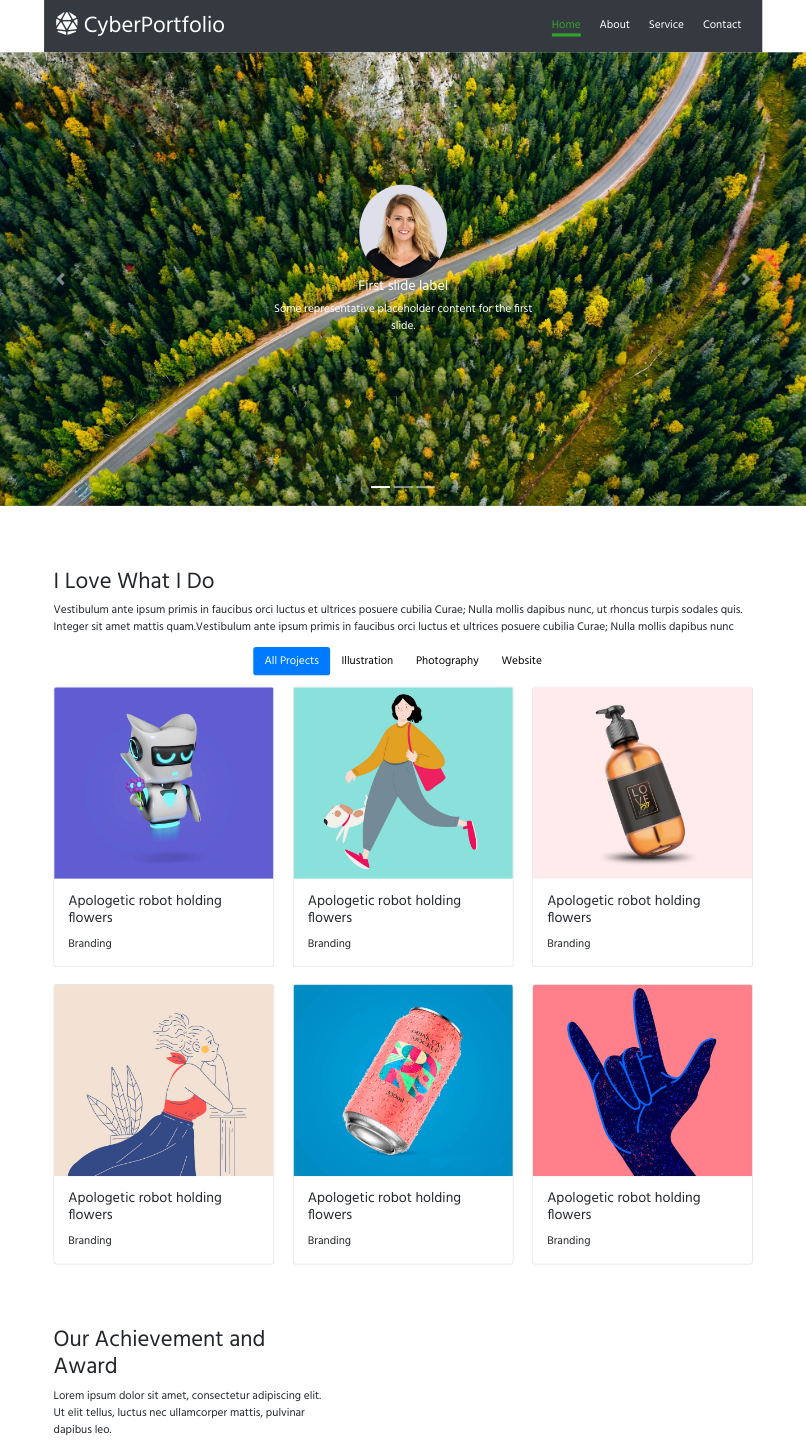
Repository: thanhfrankie/portfolio
Page: index.html
The author's editor kept a copy of each file at every save. The page is drawn from the files as they stood at one save, then again after a run of saves.
The browser window is 1280 px wide. The pictures show the whole page, at 63% of full size.

Above is the page before, as saved 2023-11-30 10:20:27.

### index.html
<!DOCTYPE html>
<html lang="en">
  <head>
    <meta charset="UTF-8" />
    <meta name="viewport" content="width=device-width, initial-scale=1.0" />
    <title>Portfolio</title>
    <!-- Font Hind-->
    <link rel="preconnect" href="https://fonts.googleapis.com" />
    <link rel="preconnect" href="https://fonts.gstatic.com" crossorigin />
    <link
      href="https://fonts.googleapis.com/css2?family=Hind:wght@300;400;700&display=swap"
      rel="stylesheet"
    />
    <!-- Font AWESOME -->
    <link rel="stylesheet" href="https://cdnjs.cloudflare.com/ajax/libs/font-awesome/6.4.2/css/all.min.css" integrity="sha512-z3gLpd7yknf1YoNbCzqRKc4qyor8gaKU1qmn+CShxbuBusANI9QpRohGBreCFkKxLhei6S9CQXFEbbKuqLg0DA==" crossorigin="anonymous" referrerpolicy="no-referrer" />
    <!-- BS4 CSS -->
    <link rel="stylesheet" href="https://cdn.jsdelivr.net/npm/bootstrap@4.6.2/dist/css/bootstrap.min.css" integrity="sha384-xOolHFLEh07PJGoPkLv1IbcEPTNtaed2xpHsD9ESMhqIYd0nLMwNLD69Npy4HI+N" crossorigin="anonymous">

    <!-- Main CSS -->
    <link rel="stylesheet" href="./css/style.css" />
  </head>
  <body>
<header>
    <nav class="container navbar navbar-expand-lg navbar-dark bg-dark">
        <a class="navbar-brand" href="#">
            <i class="fa-solid fa-dice-d20"></i>
           <span>
            CyberPortfolio
           </span>
        </a>
        <!-- hỗ trợ menu màn hình mobile -->
        <button class="navbar-toggler" type="button" data-toggle="collapse" data-target="#portfolioNav" aria-controls="navbarSupportedContent" aria-expanded="false" aria-label="Toggle navigation">
          <span class="navbar-toggler-icon"></span>
        </button>

        <div class="collapse navbar-collapse" id="portfolioNav">
          <ul class="navbar-nav ml-auto">
            <li class="nav-item active">
              <a class="nav-link" href="#">Home</a>
            </li>
            <li class="nav-item">
              <a class="nav-link" href="#">About</a>
            </li>
            <li class="nav-item">
              <a class="nav-link" href="#">Service</a>
            </li>
            <li class="nav-item">
              <a class="nav-link" href="#">Contact</a>
            </li>
          </ul>
        </div>
      </nav>
</header>
<section class="carouselPort">
    <!-- data-ride="carousel -->
    <!-- .carousel-fade: hiệu ứng fade -->
    <div id="carouselPortMain" class="carousel slide .carousel-fade">
        <ol class="carousel-indicators">
          <li data-target="#carouselPortMain" data-slide-to="0" class="active"></li>
          <li data-target="#carouselPortMain" data-slide-to="1"></li>
          <li data-target="#carouselPortMain" data-slide-to="2"></li>
        </ol>
        <div class="carousel-inner">
          <div class="carousel-item active">
            <img src="./img/finland.jpg" class="d-block w-100" alt="...">
            <div class="carousel-caption d-none d-md-block">
                <img src="./img/01-3.jpg" alt="">
              <h5>First slide label</h5>
              <p>Some representative placeholder content for the first slide.</p>
            </div>
          </div>
          <div class="carousel-item">
            <img src="./img/mountains.jpg" class="d-block w-100" alt="...">
            <div class="carousel-caption d-none d-md-block">
                <img src="./img/02-3.jpg" alt="">
              <h5>Second slide label</h5>
              <p>Some representative placeholder content for the second slide.</p>
            </div>
          </div>
          <div class="carousel-item">
            <img src="./img/mountains-1.jpg" class="d-block w-100" alt="...">
            <div class="carousel-caption d-none d-md-block">
                <img src="./img/03-3.jpg" alt="">
              <h5>Third slide label</h5>
              <p>Some representative placeholder content for the third slide.</p>
            </div>
          </div>
        </div>
        <button class="carousel-control-prev" type="button" data-target="#carouselPortMain" data-slide="prev">
          <span class="carousel-control-prev-icon" aria-hidden="true"></span>
          <span class="sr-only">Previous</span>
        </button>
        <button class="carousel-control-next" type="button" data-target="#carouselPortMain" data-slide="next">
          <span class="carousel-control-next-icon" aria-hidden="true"></span>
          <span class="sr-only">Next</span>
        </button>
      </div>
</section>



<section class="projects">
      <div class="container">
        <div class="projects__title">
          <h2>I Love What I Do</h2>
          <p>Vestibulum ante ipsum primis in faucibus orci luctus et ultrices posuere cubilia Curae; Nulla mollis dapibus nunc, ut rhoncus turpis sodales quis. Integer sit amet mattis quam.Vestibulum ante ipsum primis in faucibus orci luctus et ultrices posuere cubilia Curae; Nulla mollis dapibus nunc</p>
        </div>
        <div class="projects__content">
          <ul class="nav nav-pills mb-3 justify-content-center" id="pills-tab" role="tablist">
            <li class="nav-item" role="presentation">
              <button class="nav-link active" id="pills-home-tab" data-toggle="pill" data-target="#all" type="button" role="tab" aria-controls="pills-home" aria-selected="true">All Projects</button>
            </li>
            <li class="nav-item" role="presentation">
              <button class="nav-link" id="pills-profile-tab" data-toggle="pill" data-target="#ilu" type="button" role="tab" aria-controls="pills-profile" aria-selected="false">Illustration</button>
            </li>
            <li class="nav-item" role="presentation">
              <button class="nav-link" id="pills-contact-tab" data-toggle="pill" data-target="#photo" type="button" role="tab" aria-controls="pills-contact" aria-selected="false">Photography</button>
            </li>
            <li class="nav-item" role="presentation">
              <button class="nav-link" id="pills-contact-tab" data-toggle="pill" data-target="#web" type="button" role="tab" aria-controls="pills-contact" aria-selected="false">Website</button>
            </li>
          </ul>
          <div class="tab-content" id="pills-tabContent">
            <div class="tab-pane fade show active" id="all" role="tabpanel" aria-labelledby="pills-home-tab">
             <!--? grid system
              12 =100%
              4= 12 / 3 => 100% / 3 => 33,33%
              tổng chỉ số trên hàng = 12
            -->
             <div class="row">
              <!-- 1 hàng tối đa 100% -->
              <div class="col-4">
                <div class="card">
                  <img src="./img/g1.jpg" class="card-img-top" alt="...">
                  <div class="card-body">
                    <h5 class="card-title">Apologetic robot holding flowers</h5>
                    <p class="card-text">Branding</p>
                  </div>
                </div>
              </div>
              <div class="col-4">
                <div class="card">
                  <img src="./img/g2.jpg" class="card-img-top" alt="...">
                  <div class="card-body">
                    <h5 class="card-title">Apologetic robot holding flowers</h5>
                    <p class="card-text">Branding</p>
                  </div>
                </div>

              </div>
              <div class="col-4">

                <div class="card">
                  <img src="./img/g3.jpg" class="card-img-top" alt="...">
                  <div class="card-body">
                    <h5 class="card-title">Apologetic robot holding flowers</h5>
                    <p class="card-text">Branding</p>
                  </div>
                </div>
              </div>

              <!-- cột dư sẽ được đẩy xuống hàng 2 -->
              <div class="col-4 mt-4">
                <div class="card">
                  <img src="./img/g4.jpg" class="card-img-top" alt="...">
                  <div class="card-body">
                    <h5 class="card-title">Apologetic robot holding flowers</h5>
                    <p class="card-text">Branding</p>
                  </div>
                </div>
              </div>
              <div class="col-4 mt-4">
                <div class="card">
                  <img src="./img/g5.jpg" class="card-img-top" alt="...">
                  <div class="card-body">
                    <h5 class="card-title">Apologetic robot holding flowers</h5>
                    <p class="card-text">Branding</p>
                  </div>
                </div>

              </div>
              <div class="col-4 mt-4">

                <div class="card">
                  <img src="./img/g6.jpg" class="card-img-top" alt="...">
                  <div class="card-body">
                    <h5 class="card-title">Apologetic robot holding flowers</h5>
                    <p class="card-text">Branding</p>
                  </div>
                </div>
              </div>
             </div>
             <!--! Cách 1: -->
             <!-- <div class="row">
              <div class="col-4">
                <div class="card">
                  <img src="./img/g1.jpg" class="card-img-top" alt="...">
                  <div class="card-body">
                    <h5 class="card-title">Apologetic robot holding flowers</h5>
                    <p class="card-text">Branding</p>
                  </div>
                </div>
              </div>
              <div class="col-4">
                <div class="card">
                  <img src="./img/g2.jpg" class="card-img-top" alt="...">
                  <div class="card-body">
                    <h5 class="card-title">Apologetic robot holding flowers</h5>
                    <p class="card-text">Branding</p>
                  </div>
                </div>

              </div>
              <div class="col-4">

                <div class="card">
                  <img src="./img/g3.jpg" class="card-img-top" alt="...">
                  <div class="card-body">
                    <h5 class="card-title">Apologetic robot holding flowers</h5>
                    <p class="card-text">Branding</p>
                  </div>
                </div>
              </div>
             </div> -->


            </div>
            <div class="tab-pane fade" id="ilu" role="tabpanel" aria-labelledby="pills-profile-tab">Illustration</div>
            <div class="tab-pane fade" id="photo" role="tabpanel" aria-labelledby="pills-contact-tab">Photography</div>
            <div class="tab-pane fade" id="web" role="tabpanel" aria-labelledby="pills-contact-tab">Website</div>
          </div>
          </div>

        </div>
      </div>
</section>
<section class="services"></section>
<section class="awards">
  <div class="container">
    <!-- row lớn -->
    <div class="row">
      <div class="col-5">
        <div class="awards__left">
          <h2>Our Achievement and Award</h2>
          <p>Lorem ipsum dolor sit amet, consectetur adipiscing elit. Ut elit tellus, luctus nec ullamcorper mattis, pulvinar dapibus leo.</p>
        </div>
      </div>
      <div class="col-7">
        <div class="awards__right">
          <p></p>
        </div>
      </div>
    </div>
  </div>
</section>
<footer></footer>


<!-- JQUERY hỗ trợ -->
    <script src="https://cdn.jsdelivr.net/npm/jquery@3.5.1/dist/jquery.slim.min.js" integrity="sha384-DfXdz2htPH0lsSSs5nCTpuj/zy4C+OGpamoFVy38MVBnE+IbbVYUew+OrCXaRkfj" crossorigin="anonymous"></script>
    <!-- BS4 JS -->
<script src="https://cdn.jsdelivr.net/npm/bootstrap@4.6.2/dist/js/bootstrap.bundle.min.js" integrity="sha384-Fy6S3B9q64WdZWQUiU+q4/2Lc9npb8tCaSX9FK7E8HnRr0Jz8D6OP9dO5Vg3Q9ct" crossorigin="anonymous"></script>

  </body>
</html>

### css/style.css
/* Global */
*{
    margin: 0;
    padding: 0;
    box-sizing: border-box;
}
html, body {
    font-family: 'Hind', sans-serif;
    /*? rem: dựa vào font-size của thẻ html => hỗ trợ cho bảo trì trang web
    font-size, spacing(padding, margin)
    nếu ko khai báo thì font-size mặc định 1rem = 16px
    1rem = 18px
    */
    font-size: 18px;
}
/* Header */
header .navbar-brand {
    /* 1rem = 18px => 2rem = 36px*/
    font-size: 2rem;
}
#portfolioNav .nav-link {
    font-size: 1rem;
    padding: 0 0.833rem;
    /*! trước hover */
    color: white;
    transition: all .5s;
}
#portfolioNav .nav-link::after {
    content: "";
    display: block;
    /* trước hover */
    width: 0;
    height: 5px;

    background: #35a22c;
    transition: all .5s;
}
/*! sau hover */
#portfolioNav .nav-item:hover .nav-link::after {
    width: 100%;
}
#portfolioNav .nav-item:hover .nav-link {
    color: #35a22c;

}
/* Thẻ li có class active thì after của nó luôn xuất hiện */
/* #portfolioNav  li.active .nav-link::after{
    width: 100%;
} */
#portfolioNav  .active .nav-link::after{
    width: 100%;
}
#portfolioNav  .active .nav-link {
    color: #35a22c;

}
/* Carousel */
/* Gọi các thẻ img là con trực tiếp (cấp 1) của carousel-item */
#carouselPortMain .carousel-item >img {
    /* thường dùng ở Main carousel */
    height: 100vh;
    object-fit: cover;
}
#carouselPortMain .carousel-caption img {
    /* hình có dạng hình vuông thì chỉ cần xét width */
    width: 140px;
    border-radius: 50%;
}
/* chỉnh đường gạch indicators thì chuyển chữ nhật => hình vuông => tròn */

/*! căn giữa với position absolute cho mọi màn hình */
#carouselPortMain .carousel-caption {
    top: 50%;
    left: 50%;
    transform: translate(-50%, -50%);
}
/* PROJECTS */
.projects {
    padding: 100px 0;
}

After the next 2 saves:
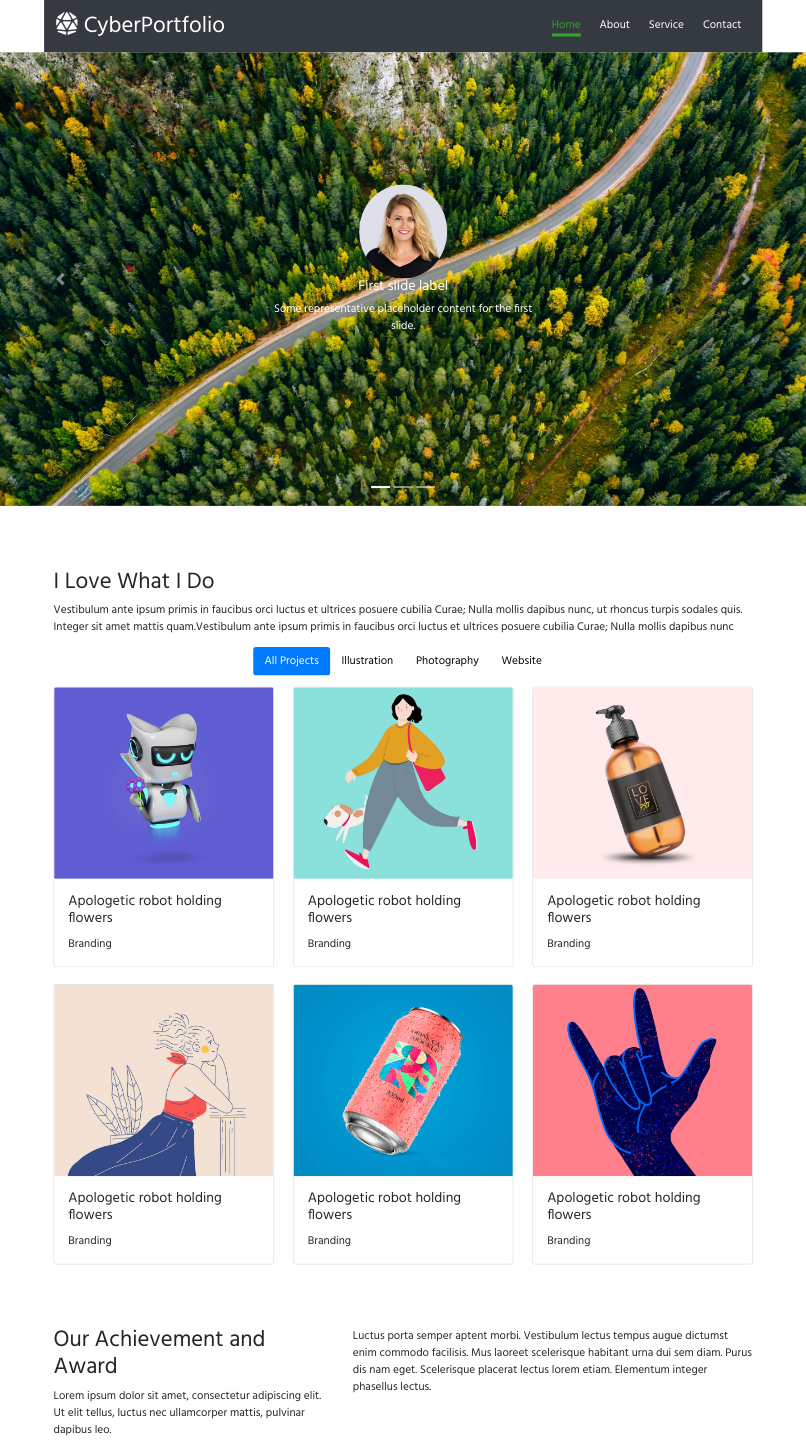
The 2 saves are shown as one change because they came seconds apart.
The last was saved 7 s later.
--- a/index.html
+++ b/index.html
@@ -247,7 +247,8 @@
       </div>
       <div class="col-7">
         <div class="awards__right">
-          <p></p>
+          <p>Luctus porta semper aptent morbi. Vestibulum lectus tempus augue dictumst enim commodo facilisis. Mus laoreet scelerisque habitant urna dui sem diam. Purus dis nam eget. Scelerisque placerat lectus lorem etiam. Elementum integer phasellus lectus.</p>
+
         </div>
       </div>
     </div>
